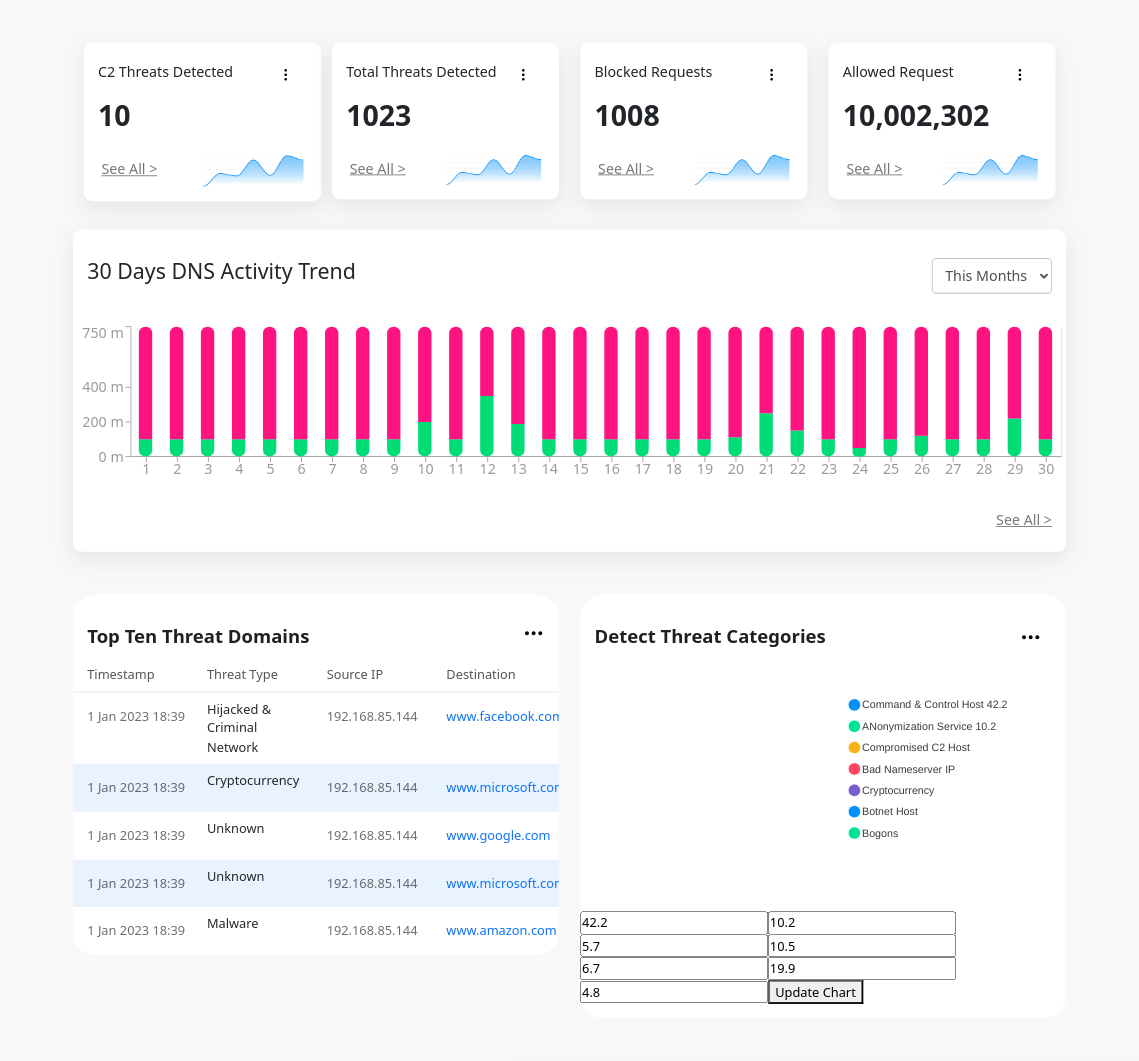
Repository: badhon252/dashboard
Page: /
The author's editor kept a copy of each file at every save. The page is drawn from the files as they stood at one save, then again after the next save.
The browser window is 1280 px wide. The pictures show the whole page, at 89% of full size.
The project was rebuilt for these pictures with package versions that can differ from the ones it lists, and the page was loaded fresh each time. Also part of the build but not shown: vite.config.js.

Above is the page before, as saved 2023-01-28 02:45:02.

After the next save:
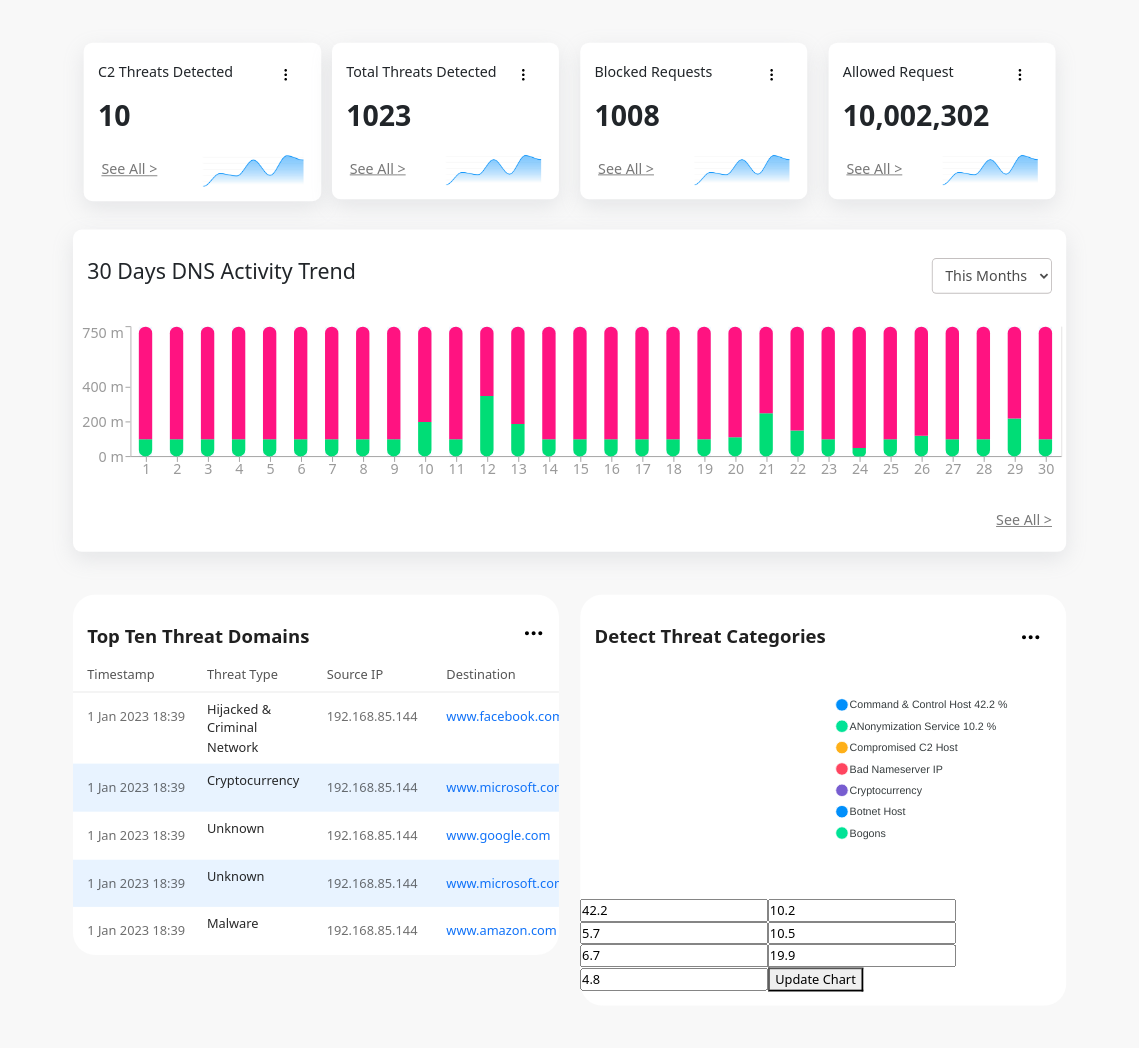
Saved 9 s later.
--- a/src/Components/Analysis/Graph/Graph.jsx
+++ b/src/Components/Analysis/Graph/Graph.jsx
@@ -37,8 +37,8 @@ function Graph() {
       },
     ],
     labels: [
-      `Command & Control Host ${inputValue1}`,
-      `ANonymization Service ${inputValue2}`,
+      `Command & Control Host ${inputValue1} %`,
+      `ANonymization Service ${inputValue2} %`,
       "Compromised C2 Host",
       "Bad Nameserver IP",
       "Cryptocurrency",
